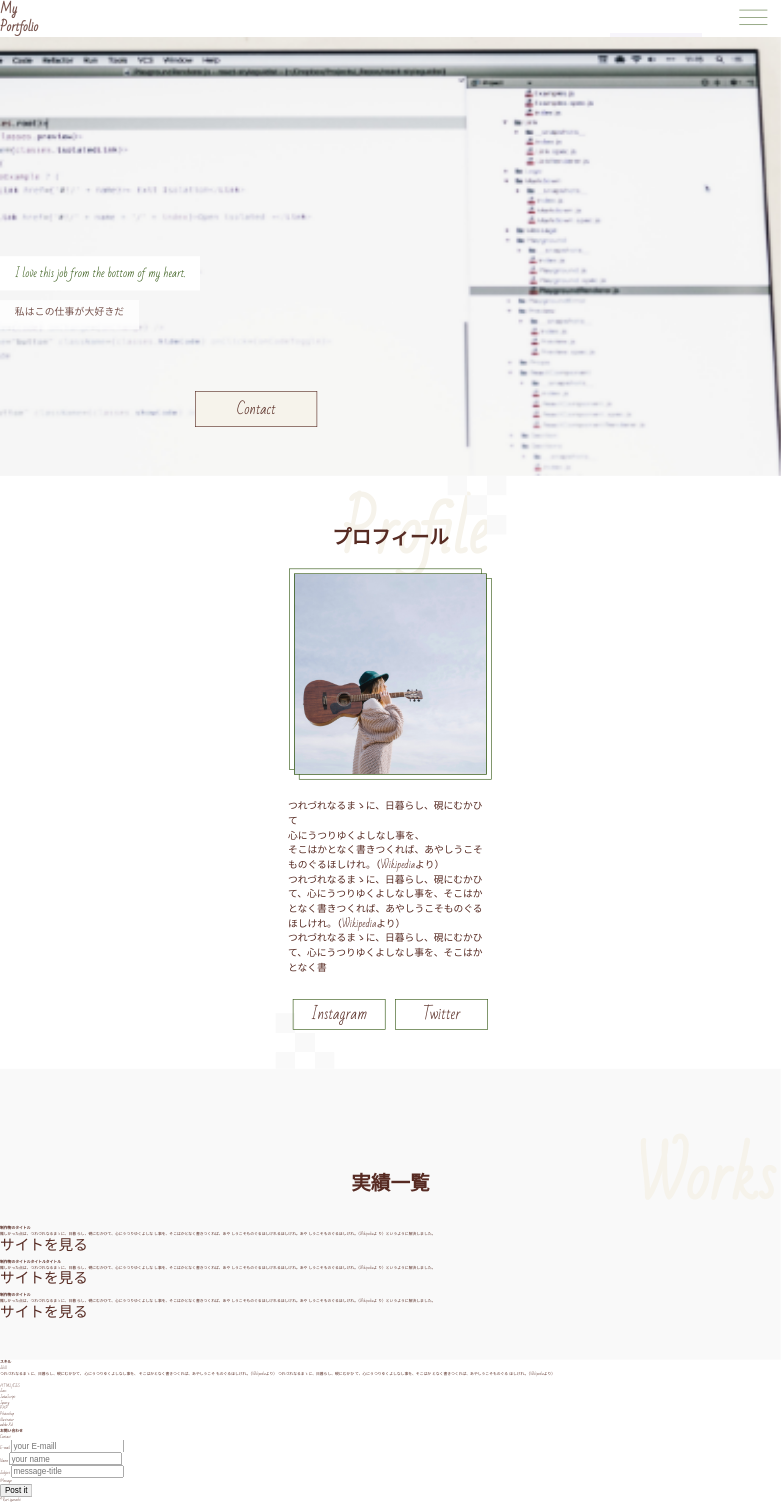
Repository: ppmp556/igarashi.kakuu
Page: index.html
These files come from the project's save history. The page is drawn as it stood at one moment and after the next save; the edit follows.
The browser window is 1280 px wide. The pictures show the whole page, at 61% of full size.
Some web libraries are served in a nearby version. The style sheet was rebuilt from its Sass, Less or Tailwind sources for each picture, by a compiler version that may differ from the author's.

Above is the page before, as saved 2020-10-26 12:05:04.
Console error: TypeError: Cannot read properties of null (reading 'addEventListener')

### index.html
<!DOCTYPE html>
<html lang="ja">
    <head>
        <meta charset="UTF-8">
        <meta name="viewport" content="width=device-width, initial-scale=1.0, maximum-scale=1.0, minimum-scale=1.0">
        <link rel="stylesheet" href="faundation.css" type="text/css">
        <link rel="stylesheet" href="./css/style.css" type="text/css">
        <link href="https://use.fontawesome.com/releases/v5.6.1/css/all.css" rel="stylesheet">
        <link href="https://fonts.googleapis.com/css?family=Bad+Script" rel="stylesheet">
        <link href="https://fonts.googleapis.com/css?family=Sawarabi+Gothic" rel="stylesheet">
        <link rel="img" href="image">
        <title>架空LP</title>

    </head>
    <body>

        <div class="container">
            <header class="header">
                <h1 class="header_ttl">
                    <a href="index.html" class="header_link">My Portfolio</a><!-- /.header_link -->
                </h1><!-- /.header_ttl -->
                <nav class="nav">
                    <div class="nav_wrapper" id="nav_lists">
                        <!-- ハンバーガーメニュー部分 -->
                        <div class="toggle_btn" id="nav_toggler">
                            <span class="toggle_line __tg1"></span>
                            <span class="toggle_line __tg2"></span>
                            <span class="toggle_line __tg3"></span>
                        </div>
                        <!-- ハンバーガーメニューここまで -->
                    </div>
                    <ul class="nav_list flex">
                        <li class="nav_item">
                            <a href="#" class="nav_link">Profile<span class="nav_sp">プロフィール</a><!-- /.nav_link -->
                        </li><!-- /.nav_item -->
                        <li class="nav_item">
                            <a href="#" class="nav_link">Works<span class="nav_sp">実績一覧</a><!-- /.nav_link -->
                        </li><!-- /.nav_item -->
                        <li class="nav_item">
                            <a href="#" class="nav_link">Skill<span class="nav_sp">スキル</a><!-- /.nav_link -->
                        </li><!-- /.nav_item -->
                        <li class="nav_item">
                            <a href="#" class="nav_link">Contact<span class="nav_sp">お問い合わせ</a><!-- /.nav_link -->
                        </li><!-- /.nav_item -->
                    </ul><!-- /.nav_list -->
                </nav><!-- /.nav -->
            </header><!-- /.header -->
        </div><!-- /.container -->
        <div class="kv">
            <div class="kv_txtbox">
                <p class="kv_txt">I love this job from the bottom of my heart.</p><!-- /.kv_txt -->
                <p class="kv_txt __subtxt">私はこの仕事が大好きだ</p><!-- /.kv_txt -->
            </div><!-- /.kv_txtbox -->
            <div class="contact_box">
                <a href="#" class="contact_link">Contact</a><!-- /.contact_link -->
            </div><!-- /.contact_box -->
        </div><!-- /.kv -->
        <main>
            <div class="inner">

                <section class="prof" id="prof">
                    <div class="prof_inner">
                        <div class="section_ttlbox">
                            <h2 class="prof_ttl">プロフィール</h2><!-- /.prof_ttl -->
                            <!-- <span class="prof_sub">Profile</span> -->
                        </div><!-- /.section_ttlbox -->
                        <div class="prof_imgbox">
                            <img src="images/profile/profile.png" alt="#" class="prof_img">
                        </div><!-- /.prof_imgbox -->
                        <p class="prof_txt">
                            つれづれなるまゝに、日暮らし、硯にむかひ
                            て<br>
                            心にうつりゆくよしなし事を、<br>
                            そこはかとなく書きつくれば、あやしうこそ
                            ものぐるほしけれ。（Wikipediaより）<br>
                            つれづれなるまゝに、日暮らし、硯にむかひ
                            て、心にうつりゆくよしなし事を、そこはか
                            となく書きつくれば、あやしうこそものぐる
                            ほしけれ。（Wikipediaより）<br>
                            つれづれなるまゝに、日暮らし、硯にむかひ
                            て、心にうつりゆくよしなし事を、そこはか
                            となく書
                        </p><!-- /.prof_txt -->
                        <div class="section_btnbox flex">
                            <div class="site_btn">
                                <a href="#" class="site_link">Instagram</a>
                            </div><!-- /.site_btn -->
                            <div class="site_btn">
                                <a href="#" class="site_link">Twitter</a>
                            </div><!-- /.site_btn -->
                        </div><!-- /.section_btnbox -->
                    </div><!-- /.prof_inner -->
                </section><!-- /#prof.prof -->


                <section class="work" id="work">
                    <div class="section_ttlbox">
                        <h2 class="work_ttl">実績一覧</h2><!-- /.work_ttl -->
                        <!-- <span class="work_sub">Works</span> -->
                    </div><!-- /.section_ttlbox -->

                    <div class="work_imgbox">
                        <ul class="work_list">
                            <li class="work_item">
                                <img src="" alt="" class="work_img">
                                <h3 class="work_minttl ">制作物のタイトル</h3><!-- /.work_minttl -->
                                <p class="work_txt">
                                    難しかった点は、つれづれなるまゝに、日暮
                                    らし、硯にむかひて、心にうつりゆくよしな
                                    し事を、そこはかとなく書きつくれば、あや
                                    しうこそものぐるほしけれるほしけれ。あや
                                    しうこそものぐるほしけれ。（Wikipediaよ
                                    り）というように解決しました。
                                </p><!-- /.work_txt -->
                                <div class="site_btn">
                                    <a href="#" class="site_link">サイトを見る</a>
                                </div><!-- /.site_btn -->
                            </li><!-- /.work_item -->
                            <li class="work_item">
                                <img src="" alt="" class="work_img">
                                <h3 class="work_minttl">制作物のタイトルタイトルタイトル</h3><!-- /.work_minttl -->
                                <p class="work_txt">
                                    難しかった点は、つれづれなるまゝに、日暮
                                    らし、硯にむかひて、心にうつりゆくよしな
                                    し事を、そこはかとなく書きつくれば、あや
                                    しうこそものぐるほしけれるほしけれ。あや
                                    しうこそものぐるほしけれ。（Wikipediaよ
                                    り）というように解決しました。
                                </p><!-- /.work_txt -->
                                <div class="site_btn">
                                    <a href="#" class="site_link">サイトを見る</a>
                                </div><!-- /.site_btn -->
                            </li><!-- /.work_item -->
                            <li class="work_item">
                                <img src="" alt="" class="work_img">
                                <h3 class="work_minttl">制作物のタイトル</h3><!-- /.work_minttl -->
                                <p class="work_txt">
                                    難しかった点は、つれづれなるまゝに、日暮
                                    らし、硯にむかひて、心にうつりゆくよしな
                                    し事を、そこはかとなく書きつくれば、あや
                                    しうこそものぐるほしけれるほしけれ。あや
                                    しうこそものぐるほしけれ。（Wikipediaよ
                                    り）というように解決しました。
                                </p><!-- /.work_txt -->
                                <div class="site_btn">
                                    <a href="#" class="site_link">サイトを見る</a>
                                </div><!-- /.site_btn -->
                            </li><!-- /.work_item -->
                        </ul><!-- /.work_list -->
                    </div><!-- /.work_imgbox -->
                </section><!-- /#work.work -->

                <section class="skii" id="skill">
                    <div class="section_ttlbox">
                        <h2 class="skill_ttl">スキル</h2><!-- /.skill_ttl -->
                        <span class="skill_sub">Skill</span>
                    </div><!-- /.section_ttlbox -->
                    <div class="skill_txtbox">
                        <p class="skill_txt">
                            つれづれなるまゝに、日暮らし、硯にむかひて、
                            心にうつりゆくよしなし事を、
                            そこはかとなく書きつくれば、あやしうこそ
                            ものぐるほしけれ。（Wikipediaより）
                            つれづれなるまゝに、日暮らし、硯にむかひ
                            て、心にうつりゆくよしなし事を、そこはか
                            となく書きつくれば、あやしうこそものぐる
                            ほしけれ。（Wikipediaより）
                        </p><!-- /.skill_txt -->
                    </div><!-- /.skill_txtbox -->
                    <div class="skill_listbox">
                        <div class="skill_imgbox">
                            <img src="" alt="" class="skill_img">
                        </div><!-- /.skill_imgbox -->
                        <ul class="skill_list">
                            <li class="skill_item">HTML/CSS</li><!-- /.skill_item -->
                            <li class="skill_item">Sass</li><!-- /.skill_item -->
                            <li class="skill_item">JavaScript</li><!-- /.skill_item -->
                            <li class="skill_item">Jquery</li><!-- /.skill_item -->
                            <li class="skill_item">PHP</li><!-- /.skill_item -->
                            <li class="skill_item">Photoshop</li><!-- /.skill_item -->
                            <li class="skill_item">illustrator</li><!-- /.skill_item -->
                            <li class="skill_item">adobe Xd</li><!-- /.skill_item -->
                        </ul><!-- /.skill_list -->
                    </div><!-- /.skill_listbox -->
                </section><!-- /#skill.skii -->

                <section class="contact" id="contact">
                    <div class="section_ttlbox">
                        <h2 class="contact_ttl">お問い合わせ</h2><!-- /.contact_ttl -->
                        <span class="contact_sub">Contact</span>
                    </div><!-- /.section_ttlbox -->
                    <form action="#" class="ly-form">
                        <div class="form ord1">
                            <div class="form2">

                                <label for="email" class="formTitle u-formTxt">E-mail</label>
                                <input type="email" class="formBox" name="your-E-mail" placeholder="your E-maill">
                            </div>
                        </div>
                        <div class="form ord2">
                            <div class="form2">
                                    <label for="name" class="formTitle u-formTxt">Name</label>
                                    <input type="text" class="formBox" name="your name" placeholder="your name">

                            </div>
                        </div>
                        <div class="form ord3">
                            <div class="form2">
                                <label for="subject" class="formTitle u-formTxt">Subject</label>
                                <input type="subject" class="formBox" name="message-title" placeholder="message-title">
                            </div>
                        </div>
                        <div class="form ord4">
                            <div class="form2">
                                <label for="message" class="formTitle u-formTxt">Message</label>
                                <textare name="contents" class="area" name="contents" placeholder="contents" rows="4" cols="40"></textare>
                            </div>
                        </div>
                        <div class="inputWrap btnhv u-send">
                            <input type="submit" value="Post it" class="sendBtn">
                        </div>
                    </form>
                </section><!-- /#contact.contact -->
            </div><!-- /.inner -->

        </main>


        <footer class="footer">
            <div class="footer_sharbox">
                <ul class="footer_sharalist">
                    <li class="footer_item"></li><!-- /.footer_item -->
                    <li class="footer_item"></li><!-- /.footer_item -->
                    <li class="footer_item"></li><!-- /.footer_item -->
                </ul><!-- /.footer_sharalist -->
            </div><!-- /.footer_sharbox -->
            <small class="footer_txt">&copy; Ruri igarashi</small>
        </footer><!-- /.footer -->


        <script type="text/javascript" src="menu.js"></script>
        <script src="https://code.jquery.com/jquery-3.4.1.js" integrity="sha256-WpOohJOqMqqyKL9FccASB9O0KwACQJpFTUBLTYOVvVU=" crossorigin="anonymous"></script>

    </body>
</html>

### faundation.css

html,
body,
div,
span,
object,
iframe,
h1,
h2,
h3,
h4,
h5,
h6,
p,
blockquote,
pre,
abbr,
address,
cite,
code,
del,
dfn,
em,
img,
ins,
kbd,
q,
samp,
small,
strong,
sub,
sup,
var,
b,
i,
dl,
dt,
dd,
ol,
ul,
li,
fieldset,
form,
label,
legend,
table,
caption,
tbody,
tfoot,
thead,
tr,
th,
td,
article,
aside,
canvas,
details,
figcaption,
figure,
footer,
header,
hgroup,
menu,
nav,
section,
summary,
time,
mark,
audio,
video {
  margin: 0;
  padding: 0;
  border: 0;
  outline: 0;
  font-size: 100%;
  vertical-align: baseline;
  background: transparent;
}

body {
  line-height: 1.5;
}

article,
aside,
details,
figcaption,
figure,
footer,
header,
hgroup,
menu,
nav,
section {
  display: block;
}

ul,
ol {
  list-style: none;
}

table {
  border-collapse: collapse;
  border-spacing: 0;
}

a {
  color: inherit;
  text-decoration: none;
}

img {
  width: 100%;
  max-width: 100%;
  height: auto;
  vertical-align: bottom;
}

Loaded but not shown: menu.js (26 lines, source omitted); scss/style.scss (787 lines, source omitted)

After the next save:
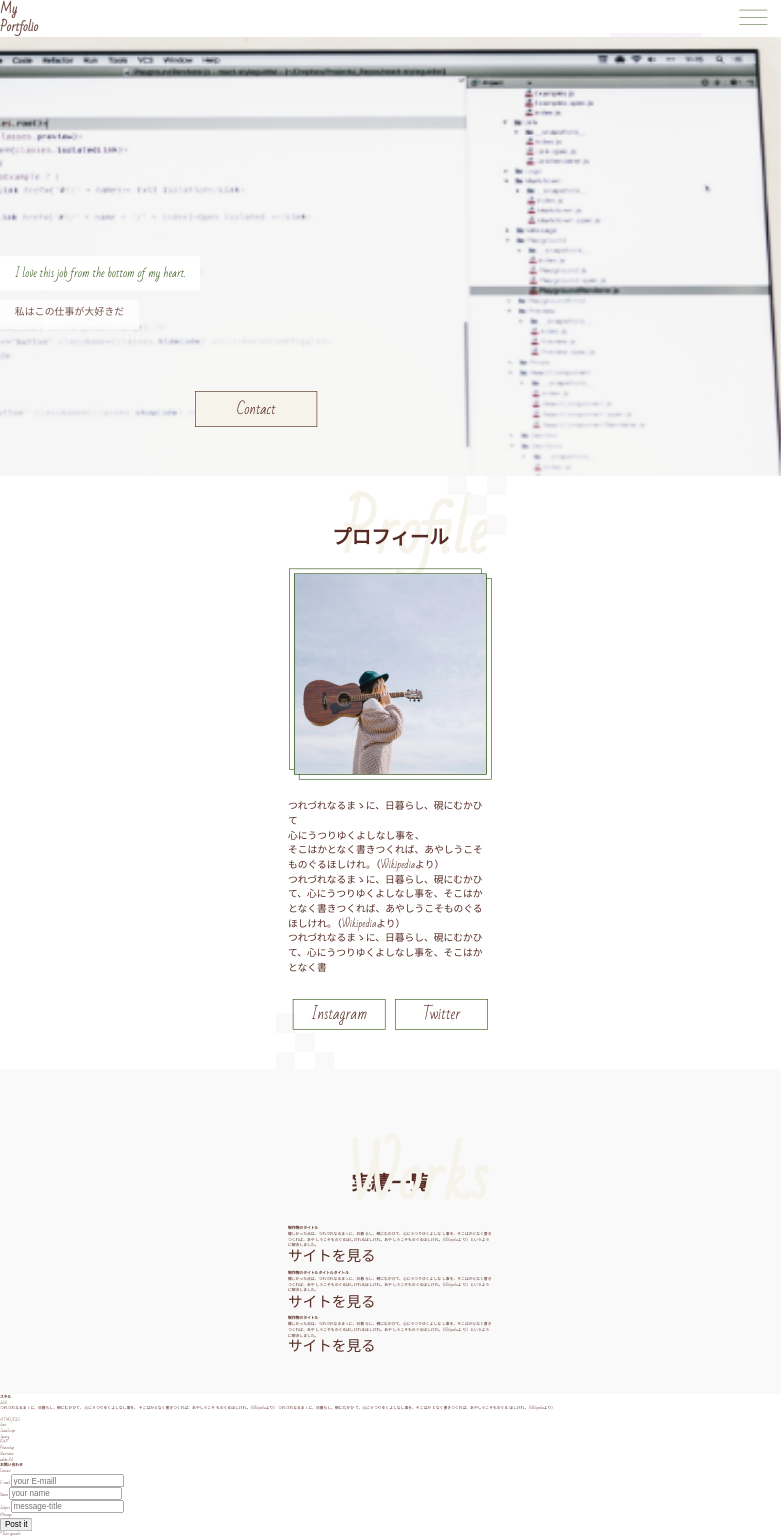
Saved 3 s later.
--- a/index.html
+++ b/index.html
@@ -94,60 +94,63 @@
 
 
                 <section class="work" id="work">
-                    <div class="section_ttlbox">
-                        <h2 class="work_ttl">実績一覧</h2><!-- /.work_ttl -->
-                        <!-- <span class="work_sub">Works</span> -->
-                    </div><!-- /.section_ttlbox -->
-
-                    <div class="work_imgbox">
-                        <ul class="work_list">
-                            <li class="work_item">
-                                <img src="" alt="" class="work_img">
-                                <h3 class="work_minttl ">制作物のタイトル</h3><!-- /.work_minttl -->
-                                <p class="work_txt">
-                                    難しかった点は、つれづれなるまゝに、日暮
-                                    らし、硯にむかひて、心にうつりゆくよしな
-                                    し事を、そこはかとなく書きつくれば、あや
-                                    しうこそものぐるほしけれるほしけれ。あや
-                                    しうこそものぐるほしけれ。（Wikipediaよ
-                                    り）というように解決しました。
-                                </p><!-- /.work_txt -->
-                                <div class="site_btn">
-                                    <a href="#" class="site_link">サイトを見る</a>
-                                </div><!-- /.site_btn -->
-                            </li><!-- /.work_item -->
-                            <li class="work_item">
-                                <img src="" alt="" class="work_img">
-                                <h3 class="work_minttl">制作物のタイトルタイトルタイトル</h3><!-- /.work_minttl -->
-                                <p class="work_txt">
-                                    難しかった点は、つれづれなるまゝに、日暮
-                                    らし、硯にむかひて、心にうつりゆくよしな
-                                    し事を、そこはかとなく書きつくれば、あや
-                                    しうこそものぐるほしけれるほしけれ。あや
-                                    しうこそものぐるほしけれ。（Wikipediaよ
-                                    り）というように解決しました。
-                                </p><!-- /.work_txt -->
-                                <div class="site_btn">
-                                    <a href="#" class="site_link">サイトを見る</a>
-                                </div><!-- /.site_btn -->
-                            </li><!-- /.work_item -->
-                            <li class="work_item">
-                                <img src="" alt="" class="work_img">
-                                <h3 class="work_minttl">制作物のタイトル</h3><!-- /.work_minttl -->
-                                <p class="work_txt">
-                                    難しかった点は、つれづれなるまゝに、日暮
-                                    らし、硯にむかひて、心にうつりゆくよしな
-                                    し事を、そこはかとなく書きつくれば、あや
-                                    しうこそものぐるほしけれるほしけれ。あや
-                                    しうこそものぐるほしけれ。（Wikipediaよ
-                                    り）というように解決しました。
-                                </p><!-- /.work_txt -->
-                                <div class="site_btn">
-                                    <a href="#" class="site_link">サイトを見る</a>
-                                </div><!-- /.site_btn -->
-                            </li><!-- /.work_item -->
-                        </ul><!-- /.work_list -->
-                    </div><!-- /.work_imgbox -->
+                    <div class="work_inner">
+
+                        <div class="section_ttlbox">
+                            <h2 class="work_ttl">実績一覧</h2><!-- /.work_ttl -->
+                            <!-- <span class="work_sub">Works</span> -->
+                        </div><!-- /.section_ttlbox -->
+
+                        <div class="work_imgbox">
+                            <ul class="work_list">
+                                <li class="work_item">
+                                    <img src="" alt="" class="work_img">
+                                    <h3 class="work_minttl ">制作物のタイトル</h3><!-- /.work_minttl -->
+                                    <p class="work_txt">
+                                        難しかった点は、つれづれなるまゝに、日暮
+                                        らし、硯にむかひて、心にうつりゆくよしな
+                                        し事を、そこはかとなく書きつくれば、あや
+                                        しうこそものぐるほしけれるほしけれ。あや
+                                        しうこそものぐるほしけれ。（Wikipediaよ
+                                        り）というように解決しました。
+                                    </p><!-- /.work_txt -->
+                                    <div class="site_btn">
+                                        <a href="#" class="site_link">サイトを見る</a>
+                                    </div><!-- /.site_btn -->
+                                </li><!-- /.work_item -->
+                                <li class="work_item">
+                                    <img src="" alt="" class="work_img">
+                                    <h3 class="work_minttl">制作物のタイトルタイトルタイトル</h3><!-- /.work_minttl -->
+                                    <p class="work_txt">
+                                        難しかった点は、つれづれなるまゝに、日暮
+                                        らし、硯にむかひて、心にうつりゆくよしな
+                                        し事を、そこはかとなく書きつくれば、あや
+                                        しうこそものぐるほしけれるほしけれ。あや
+                                        しうこそものぐるほしけれ。（Wikipediaよ
+                                        り）というように解決しました。
+                                    </p><!-- /.work_txt -->
+                                    <div class="site_btn">
+                                        <a href="#" class="site_link">サイトを見る</a>
+                                    </div><!-- /.site_btn -->
+                                </li><!-- /.work_item -->
+                                <li class="work_item">
+                                    <img src="" alt="" class="work_img">
+                                    <h3 class="work_minttl">制作物のタイトル</h3><!-- /.work_minttl -->
+                                    <p class="work_txt">
+                                        難しかった点は、つれづれなるまゝに、日暮
+                                        らし、硯にむかひて、心にうつりゆくよしな
+                                        し事を、そこはかとなく書きつくれば、あや
+                                        しうこそものぐるほしけれるほしけれ。あや
+                                        しうこそものぐるほしけれ。（Wikipediaよ
+                                        り）というように解決しました。
+                                    </p><!-- /.work_txt -->
+                                    <div class="site_btn">
+                                        <a href="#" class="site_link">サイトを見る</a>
+                                    </div><!-- /.site_btn -->
+                                </li><!-- /.work_item -->
+                            </ul><!-- /.work_list -->
+                        </div><!-- /.work_imgbox -->
+                    </div><!-- /.work_inner -->
                 </section><!-- /#work.work -->
 
                 <section class="skii" id="skill">
